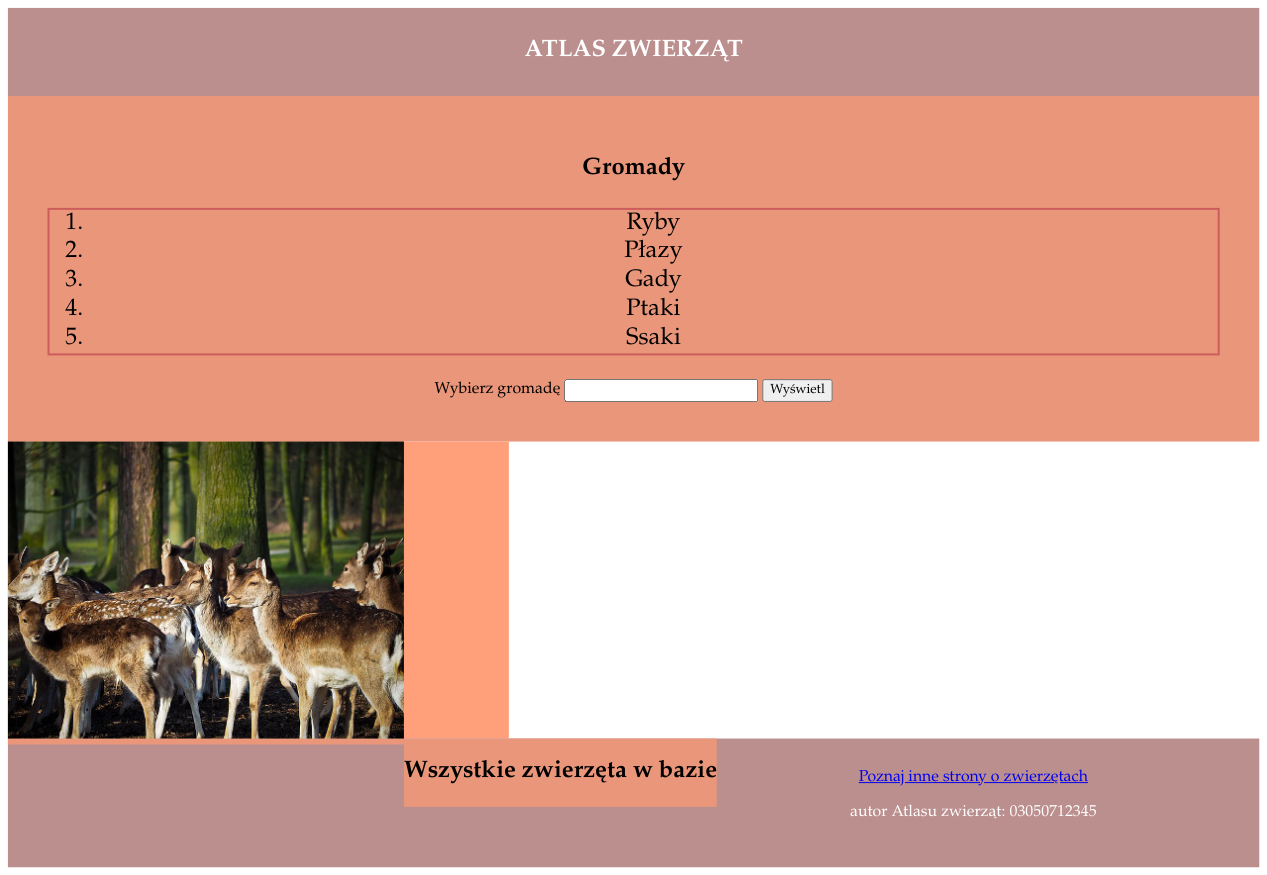
Repository: Lenerystia/HTML
Page: Zad.egz_3/index.html
An editor plug-in stored every save of this project. The page is shown before and after the next save, followed by the edit.
The browser window is 1280 px wide. The pictures show the whole page, at 99% of full size.

Above is the page before, as saved 2021-12-22 13:52:27.

After the next save:
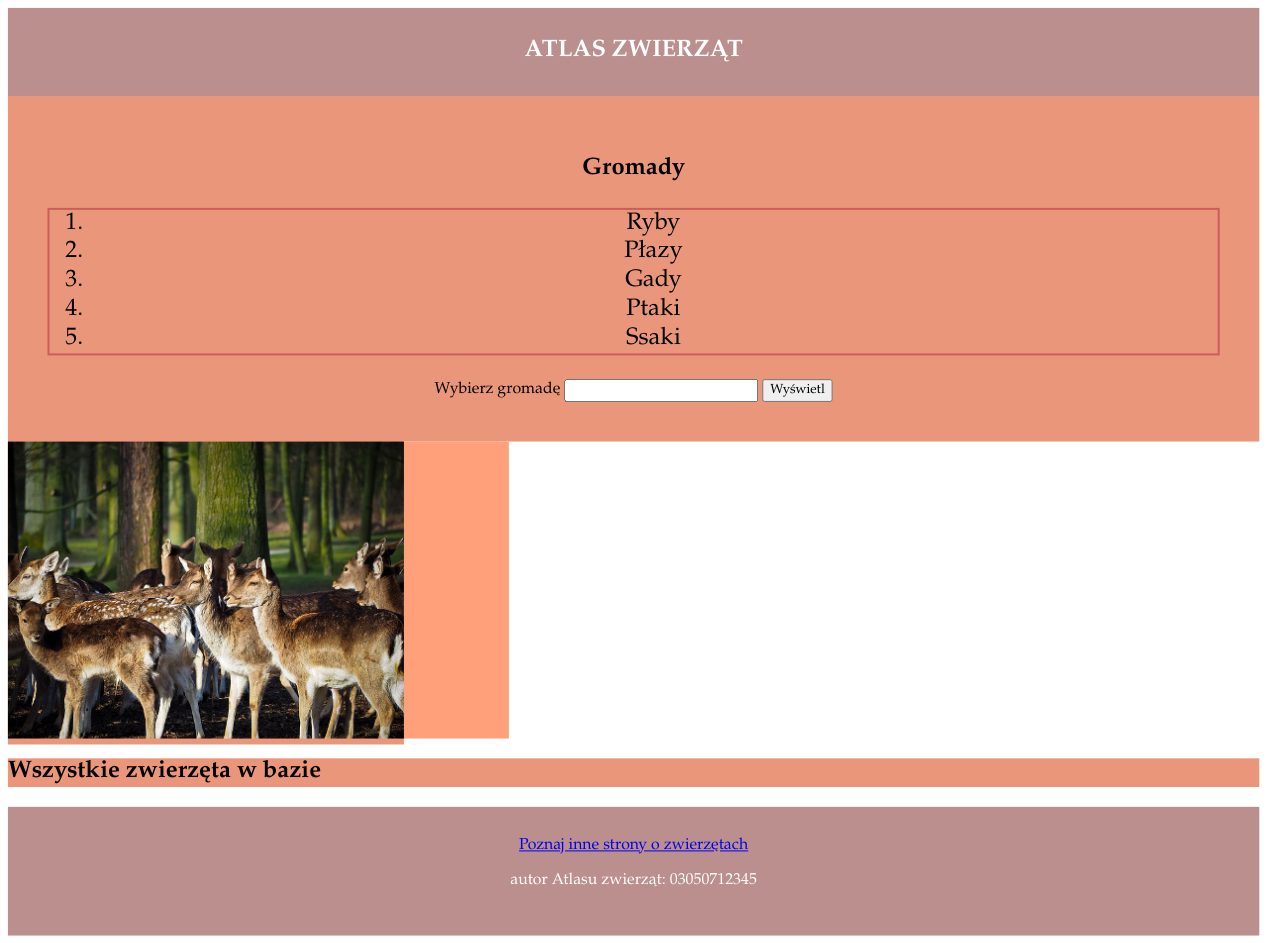
Saved 29 s later.
--- a/Zad.egz_3/styl3.css
+++ b/Zad.egz_3/styl3.css
@@ -14,6 +14,8 @@
 }
 .glownyLewy, .glownyPrawy{
     background-color: darksalmon;
+}
+.glownyLewy{
     float: left;
 }
 .glownySrodkowy{
